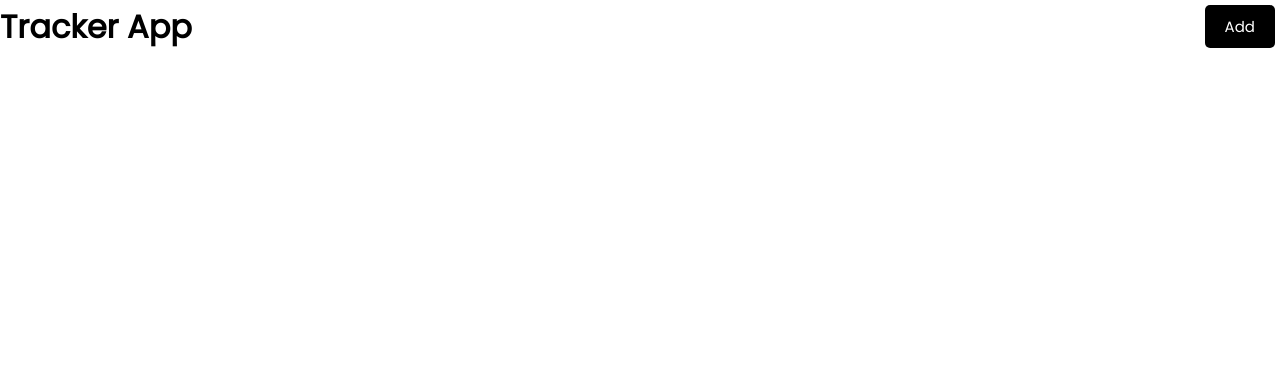
Repository: Samkiroko/task-tracker-app
Page: /
The author's editor kept a copy of each file at every save. The page is drawn from the files as they stood at one save, then again after the next save.
The browser window is 1280 px wide. The pictures show the whole page.
The project was rebuilt for these pictures with package versions that can differ from the ones it lists, and the page was loaded fresh each time.

Above is the page before, as saved 2021-08-02 13:27:31.

### public/index.html
<!DOCTYPE html>
<html lang="en">

<head>
    <meta charset="utf-8" />
    <link rel="icon" href="%PUBLIC_URL%/favicon.ico" />
    <meta name="viewport" content="width=device-width, initial-scale=1" />
    <meta name="theme-color" content="#000000" />
    <meta name="description" content="Web site created using create-react-app" />
    <link rel="apple-touch-icon" href="%PUBLIC_URL%/logo192.png" />

    <link rel="manifest" href="%PUBLIC_URL%/manifest.json" />

    <title>Task tracker App</title>
</head>

<body>
    <div id="root"></div>
</body>

</html>

### src/index.css
@import url('https://fonts.googleapis.com/css2?family=Poppins:wght@300;400&display=swap');
* {
    box-sizing: border-box;
    margin: 0;
    padding: 0;
}

body {
    font-family: 'Poppins', sans-serif;
}

.container {
    max-width: 500px;
    margin: 30px auto;
    overflow: auto;
    min-height: 300px;
    border: 1px solid steelblue;
    padding: 30px;
    border-radius: 5px;
}

.header {
    display: flex;
    justify-content: space-between;
    align-items: center;
    margin-bottom: 20px;
}

.btn {
    display: inline-block;
    background: #000;
    color: #fff;
    border: none;
    padding: 10px 20px;
    margin: 5px;
    border-radius: 5px;
    cursor: pointer;
    text-decoration: none;
    font-size: 15px;
    font-family: inherit;
}

.btn:focus {
    outline: none;
}

.btn:active {
    transform: scale(0.98);
}

.btn-block {
    display: block;
    width: 100%;
}

.task {
    background: #f4f4f4;
    margin: 5px;
    padding: 10px 20px;
    cursor: pointer;
}

.task.reminder {
    border-left: 5px solid green;
}

.task h3 {
    display: flex;
    align-items: center;
    justify-content: space-between;
}

.add-form {
    margin-bottom: 40px;
}

.form-control {
    margin: 20px 0;
}

.form-control label {
    display: block;
}

.form-control input {
    width: 100%;
    height: 40px;
    margin: 5px;
    padding: 3px 7px;
    font-size: 17px;
}

.form-control-check {
    display: flex;
    align-items: center;
    justify-content: space-between;
}

.form-control-check label {
    flex: 1;
}

.form-control-check input {
    flex: 2;
    height: 20px;
}

footer {
    margin-top: 30px;
    text-align: center;
}

### src/App.js
import Header from './components/Header'

function App() {
  return (
    <div className='App'>
      <Header title='Tracker App' />
    </div>
  )
}

export default App

### src/components/Header.js
import React from 'react'

const Header = ({ title }) => {
  return (
    <header className='header'>
      <h1>{title}</h1>
      <button className='btn'>Add</button>
    </header>
  )
}

export default Header

Loaded but not shown: src/index.js (common file)

After the next save:
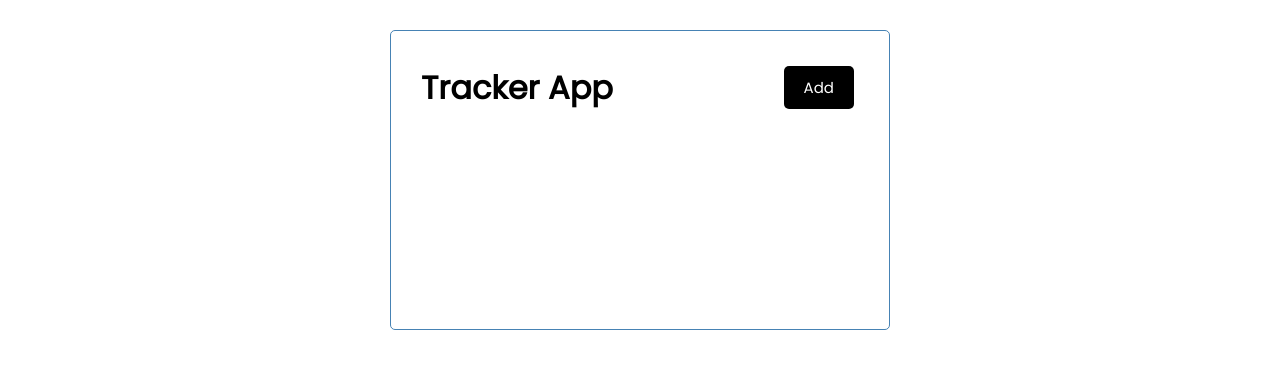
Saved 70 s later.
--- a/src/App.js
+++ b/src/App.js
@@ -2,7 +2,7 @@ import Header from './components/Header'
 
 function App() {
   return (
-    <div className='App'>
+    <div className='container'>
       <Header title='Tracker App' />
     </div>
   )
